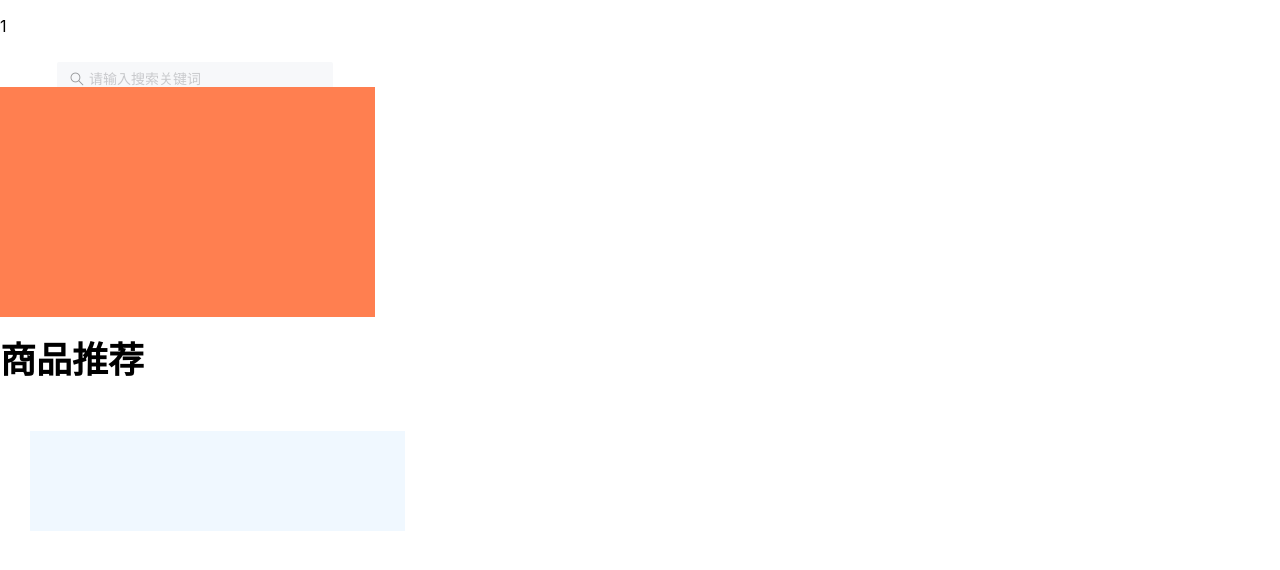
Repository: liyang777777/shangcheng
Page: /
These files come from the project's save history. The page is drawn as it stood at one moment and after the next save; the edit follows.
The browser window is 1280 px wide. The pictures show the whole page.
The page's requests for data from a server got no answer. The project was rebuilt for these pictures with package versions that can differ from the ones it lists, and the page was loaded fresh each time. No one was signed in, and anything a server would have sent is missing. Also part of the build but not shown: vue.config.js. Imported but missing from the stored project, and not drawn on this page: src/views/About.

Above is the page before, as saved 2020-06-24 15:09:47.

### src/main.js
import Vue from 'vue';
import App from './App.vue';
import router from './router';
import store from './store';
import Vant from 'vant';
import 'vant/lib/index.css';
import api from '../src/http/api'
import { Form } from 'vant';
import { Search } from 'vant';
import { Swipe, SwipeItem } from 'vant';
import { Image as VanImage } from 'vant';
import { Card } from 'vant';
import { Icon } from 'vant';
import { PullRefresh } from 'vant';

Vue.config.productionTip = false
Vue.use(Vant);
Vue.prototype.$api = api
Vue.use(Form);
Vue.use(Search);
Vue.use(Swipe);
Vue.use(SwipeItem);
Vue.use(VanImage);
Vue.use(Card);
Vue.use(Icon);
Vue.use(PullRefresh);

new Vue({
  router,
  store,
  render: h => h(App)
}).$mount('#app')

### src/App.vue
<template>
  <div id="app">

    <router-view/>
  </div>
</template>

<style lang="scss">

</style>

### src/router/index.js
import Vue from 'vue'
import VueRouter from 'vue-router'
import Home from '../views/Home.vue'


Vue.use(VueRouter)

  const routes = [
  {
    path: '/',
    name: 'Home',
    component: Home
  },
  {
    path: '/about',
    name: 'About',

    component: () => import('../views/About')
  },
  {
    path: '/details',
    name: 'Details',

    component: () => import('../views/details/Details')
  },
  {
    path: '/login',
    name: 'Login',

    component: () => import('../views/login/Login')
  }
]

const router = new VueRouter({
  mode: 'history',
  base: process.env.BASE_URL,
  routes
})

export default router

### src/store/index.js
import Vue from 'vue'
import Vuex from 'vuex'

Vue.use(Vuex)

export default new Vuex.Store({
  state: {
    slides: [],
    category: [],
    recommend: [],
    floor1: [],
    floor2: [],
    floor3: [],
    floorNameFloor1: [],
    floorNameFloor2: [],
    floorNameFloor3: [],
    hotGoods: []
  },

  mutations: {
    setSlides(state,data) {
      state.slides = data
    },
    setCategory(state,data) {
      state.category = data
    },
    setRecommend(state,data) {
      state.recommend = data
    },
    setFloor1(state,data) {
      state.floor1 = data
    },
    setFloor2(state,data) {
      state.floor2 = data
    },
    setFloor3(state,data) {
      state.floor3 = data
    },
    setFloorNameFloor1(state,data) {
      state.floorNameFloor1 = data
    },
    setFloorNameFloor2(state,data) {
      state.floorNameFloor2 = data
    },
    setFloorNameFloor3(state,data) {
      state.floorNameFloor3 = data
    },
    setHotGoods(state,data) {
      state.hotGoods = data
    },
  },
  actions: {
  },
  modules: {
  }
})

### src/http/api.js
import service from './index'

export default {
    // login(params) {
    //     return service.post('/user/login',params)
    // },
    // 获取首页数据
    getDataHome() {
        return service.get('/recommend')
    },
    // 搜索
    getDataSearch(value) {
        return service.get('/search')
    },
    // 分类查询
    getDataQuery(id) {
        return service.get('/classification?mallSubId=${id}')
    },
    // 查询获取购物车数据
    getDataCart() {
        return service.get('/getCard')
    },
    // 单个商品详情
    getDataSingle() {
        return service.get('/goods/one?id=${id}')
    },
    //  查询用户订单数量
    getDataUser() {
        return service.get('/myOrder/orderNum')
    },
    //  获取登录注册默认验证码
    getDataCode() {
        return service.get('/v1/verify')
    },
    // 查询用户收货地址
    getDataCustomer() {
        return service.get('/getAddress')
    },
    // 查询默认收货地址
    getDataDefault() {
        return service.get('/getDefaultAddress')
    },
    // 查询我的收藏
    getDataCollection() {
        return service.get('/collection/list')
    },
    // 订单查询
    getDataOrquery() {
        return service.get('/getMyOrder')
    },
    // 查询已评价
    getDataEvaluated() {
        return service.get('/alreadyEvaluated')
    },
    // 查询未评价
    getDataNotEvaluated() {
        return service.get('/tobeEvaluated')
    },
    // 购物车加减商品
    getEditCart(count, id, mallPrice) {
        return service.post('/editCart', {
            count,
            id,
            mallPrice
        })
    },
    // 购物车商品删除
    getDeleteShop(id) {
        return service.post('/deleteShop', {
            id
        })
    },
    // 购物车支付页面
    getder(address, tel, orderld, totalPrice, idDirect, count) {
        return service.post('/order', {
            address,
            tel,
            orderld,
            totalPrice,
            idDirect,
            count
        })
    },
    // 收藏单个商品
    getCollection(goods) {
        return service.post('/collection', {
            goods
        })
    },
    // 取消收藏
    getCancelCollection(id) {
        return service.post('/cancelCollection', {
            id
        })
    },
    // 查询商品是否已收藏
    getIsCollection(id) {
        return service.post('/isCollection', {
            id
        })
    },
    // 加入购物车
    getAddShop(id) {
        return service.post('/addShop', {
            id
        })
    },
// 退出登录
    getLoginOut() {
        return service.post('/loginOut')
    },
    // 获取用户信息
    getQueryUser() {
        return service.post('/queryUser')
    },
    // 修改保存用户信息
    getSaveUser() {
        return service.post('/saveUser', {
            year,
            month,
            day,
            id,
            nickname
        })
    },
    // 商品评论
    getGoodsOne() {
        return service.post('/goodsOne/comment', {
            id,
            rate,
            content,
            anonymous,
            _id,
            order_id,
            image
        })
    },
    // 设置默认收货地址
    getSetDefaultAddress() {
        return service.post('/setDefaultAddress',{
            id
        })
    },
    // 增加收货地址
    getName() {
        return service.post('/address', {
            name,
            tel,
            address,
            isDefault,
            province,
            city,
            county,
            addressDetail,
            areaCode,
            id
        })
    },
    // 删除地址
    getDeleteAddress() {
        return service.post('/deleteAddress',{
            id
        })
    },
    // 注册
    getRegister() {
        return service.post('/register',{
            nickname,
            password,
            verify
        })
    },
    // 登录
    getLogin() {
        return service.post('/login',{
            nickname,
            password,
            verify
        })
    },
    // 查询单条评论
    getEluateOne() {
        return service.post('/evaluateOne',{
            id,
            _id
        })
    }
}

### src/views/Home.vue
<template>
  <div class="All">
    <van-pull-refresh v-model="isLoading" @refresh="onRefresh">
  <p>{{ count }}</p>
</van-pull-refresh>
    <div>
      <Nav></Nav>
    </div>
    <div>
      <Roc></Roc>
    </div>
    <div>
      <Mip></Mip>
    </div>
    <div>
      <Prre></Prre>
    </div>
    <div>
      <Snacks></Snacks>
    </div>
    <div>
      <Dap></Dap>
    </div>
    <div>
      <Fruits></Fruits>
    </div>
    <div>
      <Hgo></Hgo>
    </div>
  </div>
</template>

<script>
import axios from "axios";
import Nav from "../components/Nav";
import Roc from "../components/Roc";
import Mip from "../components/Mip";
import Prre from "../components/Prre";
import Snacks from "../components/Snacks";
import Fruits from "../components/Fruits";
import Dap from "../components/Dap";
import Hgo from "../components/Hgo";
import { Toast } from 'vant';

export default {
  name: "",
  props: {},
  components: {
    Nav,
    Roc,
    Mip,
    Prre,
    Snacks,
    Hgo,
    Fruits,
    Dap
  },
  data() {
    return {
      count: 1,
      isLoading: false,
    };
  },
  methods: {
      onRefresh() {
      setTimeout(() => {
        Toast('刷新成功');
        this.isLoading = false;
        this.count++;
      }, 1000);
    },
  },
  mounted() {
    this.$api
      .getDataHome()
      .then(res => {
        this.$store.commit("setSlides", res.data.slides); //轮播图
        this.$store.commit("setCategory", res.data.category); //中间部分
        this.$store.commit("setRecommend", res.data.recommend); //商品推荐
        this.$store.commit("setFloor1", res.data.floor1); //休闲食品
        this.$store.commit("setFloor2", res.data.floor2); //新鲜水果
        this.$store.commit("setFloor3", res.data.floor3); //营养奶品
        this.$store.commit("setFloorNameFloor1", res.data.floorName.floor1);
        this.$store.commit("setFloorNameFloor2", res.data.floorName.floor2);
        this.$store.commit("setFloorNameFloor3", res.data.floorName.floor3);
        this.$store.commit("setHotGoods",res.data.hotGoods)
        console.log(res.data.hotGoods);
      })
      .catch(err => {
        console.log(err);
      });
  },
  watch: {},
  computed: {}
};
</script>

<style scoped lang='scss'>
</style>

### src/http/index.js
import axios from 'axios'
const service = axios.create({
    baseURL: '/api',
    timeout: 10000
})


service.interceptors.response.use( res => {
    return res.data
})


export default service

### src/components/Nav.vue
<template>
  <!-- 顶部 -->
  <div class="content">
    <div class="box2">
      <van-search v-model="value" placeholder="请输入搜索关键词" />
    </div>
  </div>
</template>

<script>
import { Toast } from "vant";
export default {
  name: "",
  props: {},
  components: {},
  data() {
    return {
      value: ""
    };
  },
  methods: {},
  mounted() {},
  watch: {},
  computed: {}
};
</script>

<style scoped lang='scss'>
.box2 {
  width: 300px;
  height: 25px;
  margin-left: 45px;
  font-size: 18px;
}
</style>

### src/components/Roc.vue
<template>
<!-- 轮播图 -->
  <div class="box">
    <van-swipe :autoplay="3000">
      <van-swipe-item v-for="(item, index) in slides" :key="index">
        <img v-lazy="item.image" class="img">
      </van-swipe-item>
    </van-swipe>
  </div>
</template>

<script>
import Vue from "vue";
import { Lazyload } from "vant";
Vue.use(Lazyload);

export default {
  name: "",
  props: {

  },
  components: {},
  data() {
    return {

    };
  },
  methods: {},
  mounted() {},
  watch: {},
  computed: {
    slides() {
      return this.$store.state.slides;
    }
  }
};
</script>

<style scoped lang='scss'>
.img {
    width: 375px;
    height: 200px;
    margin-top: 30px;
}
</style>

### src/components/Mip.vue
<template>
  <!-- 中间部分 -->
  <div>
    <div class="box">
      <div v-for="(item,index) in category" :key="index" class="box1">
        <img :src="item.image" class="img" />
        <div class="name">{{item.mallCategoryName}}</div>
      </div>
      <div>
        <img src="https://images.baixingliangfan.cn/advertesPicture/20180404/20180404085441_850.gif" class="img1">
      </div>
    </div>
  </div>
</template>

<script>
export default {
  name: "",
  props: {},
  components: {},
  data() {
    return {};
  },
  methods: {},
  mounted() {},
  watch: {},
  computed: {
    category() {
      return this.$store.state.category;
    }
  }
};
</script>

<style scoped lang='scss'>
.box {
  width: 375px;
  height: 230px;
  display: flex;
  position: relative;
  background: coral;
  top: 10px;
}
.img {
  width: 50px;
  height: 50px;
  margin-left: 20px;
  margin-top: 20px;
}
.name {
  margin-left: 10px;
}
.img1 {
  width: 300px;
  height: 50px;
  margin-top: 120px;
  margin-left: -300px;
}
</style>

### src/components/Prre.vue
<template>
  <!-- 商品推荐 -->
  <div>
    <div class="box">
      <h1>商品推荐</h1>
    </div>
    <div class="box1">
      <div v-for="(item,index) in recommend" :key="index">
        <div>
          <img :src="item.image" class="img" width="115px" height="115px" />
        </div>
        <div class="box2">{{item.goodsName}}</div>
        <div class="box3">￥{{item.mallPrice}}</div>
        <div class="box4">￥{{item.price}}</div>
        <div class="box5">
          <van-icon name="cart-o" color="#FFA82E" />
          <van-tag plain type="danger">查看详情</van-tag>
        </div>
      </div>
    </div>
  </div>
</template>

<script>
export default {
  name: "",
  props: {},
  components: {},
  data() {
    return {};
  },
  methods: {},
  mounted() {},
  watch: {},
  computed: {
    recommend() {
      return this.$store.state.recommend;
    }
  }
};
</script>

<style scoped lang='scss'>
.box {
  width: 200px;
  height: 100px;
  font-size: 18px;
}
.box1 {
  width: 375px;
  height: 100px;
  display: flex;
  margin-left: 30px;
  background: aliceblue;
}
.box2 {
  font-size: 14px;
}
.box4 {
  margin-top: -20px;
  margin-left: 60px;
  text-decoration: line-through;
}
</style>

### src/components/Snacks.vue
<template>
  <!-- 休闲食品 -->
  <div>
    <div>
      <div class="All" v-for="(item,index) in floor1" :key="index">
        <div>
          <img :src="item.image" class="img" />
        </div>
        <div v-for="(item,index) in floorNameFloor1" :key="index">
          <div>{{item.floorNameFloor1}}</div>
        </div>
      </div>
    </div>
  </div>
</template>

<script>
export default {
  name: "",
  props: {},
  components: {},
  data() {
    return {};
  },
  methods: {},
  mounted() {},
  watch: {},
  computed: {
    floor1() {
      return this.$store.state.floor1;
    },

    floorNameFloor1() {
      return this.$store.state.floorNameFloor1;
    }
  }
};
</script>

<style scoped lang='scss'>
.All {
  width: 100px;
  height: 100px;
  font-size: 18px;
  display: flex;
  margin-top: 120px;
  margin-left: 10px;
  color: rgb(243, 25, 25);
}

.img {
  width: 200px;
  height: 200px;
}
</style>

### src/components/Fruits.vue
<template>
<!-- 新鲜水果 -->
 <div>
 <div class="All" v-for="(item,index) in floor2" :key="index">
        <div>
          <img :src="item.image" class="img" />
        </div>
        <div v-for="(item,index) in floorNameFloor2" :key="index">
          <div>{{item.floorNameFloor2}}</div>
        </div>
      </div>
 </div>
</template>

<script>
 export default {
   name: '',
   props: {
   },
   components: {

   },
   data () {
     return {

     }
   },
   methods: {

   },
   mounted() {

   },
   watch: {

   },
   computed: {
 floor2() {
      return this.$store.state.floor2;
    },
    floorNameFloor2() {
      return this.$store.state.floorNameFloor2;
    },
   }
 }
</script>

<style scoped lang='scss'>
.All {
  width: 100px;
  height: 100px;
  font-size: 18px;
  display: flex;
  margin-top: 150px;
  margin-left: 10px;
  color: rgb(243, 25, 25);
}
.img {
  width: 200px;
  height: 200px;
}
</style>

### src/components/Dap.vue
<template>
<!-- 营养奶品 -->
 <div>
<div class="All" v-for="(item,index) in floor3" :key="index">
        <div>
          <img :src="item.image" class="img" />
        </div>
        <div v-for="(item,index) in floorNameFloor3" :key="index">
          <div>{{item.floorNameFloor3}}</div>
        </div>
      </div>
 </div>
</template>

<script>
 export default {
   name: '',
   props: {
   },
   components: {

   },
   data () {
     return {

     }
   },
   methods: {

   },
   mounted() {

   },
   watch: {

   },
   computed: {
floor3() {
      return this.$store.state.floor3;
    },
     floorNameFloor3() {
      return this.$store.state.floorNameFloor3;
    }
   }
 }
</script>

<style scoped lang='scss'>
.All {
  width: 100px;
  height: 100px;
  font-size: 18px;
  display: flex;
  margin-top: 180px;
  margin-left: 10px;
  color: rgb(243, 25, 25);
}
.img {
  width: 200px;
  height: 200px;
}
</style>

### src/components/Hgo.vue
<template>
  <!-- 热销商品 -->
  <div>
    <div>
      <div v-for="(item,index) in hotGoods" :key="index">
        <div>
          <img :src="item.image" class="img" />
        </div>
        <div>{{item.mallPrice}}</div>
        <div>{{item.name}}</div>
        <div>{{item.price}}</div>
      </div>
    </div>
  </div>
</template>

<script>
export default {
  name: "",
  props: {},
  components: {},
  data() {
    return {};
  },
  methods: {},
  mounted() {},
  watch: {},
  computed: {
    hotGoods() {
      return this.$store.state.hotGoods;
    }
  }
};
</script>

<style scoped lang='scss'>
</style>

Loaded but not shown: public/index.html (common file)

After the next save:
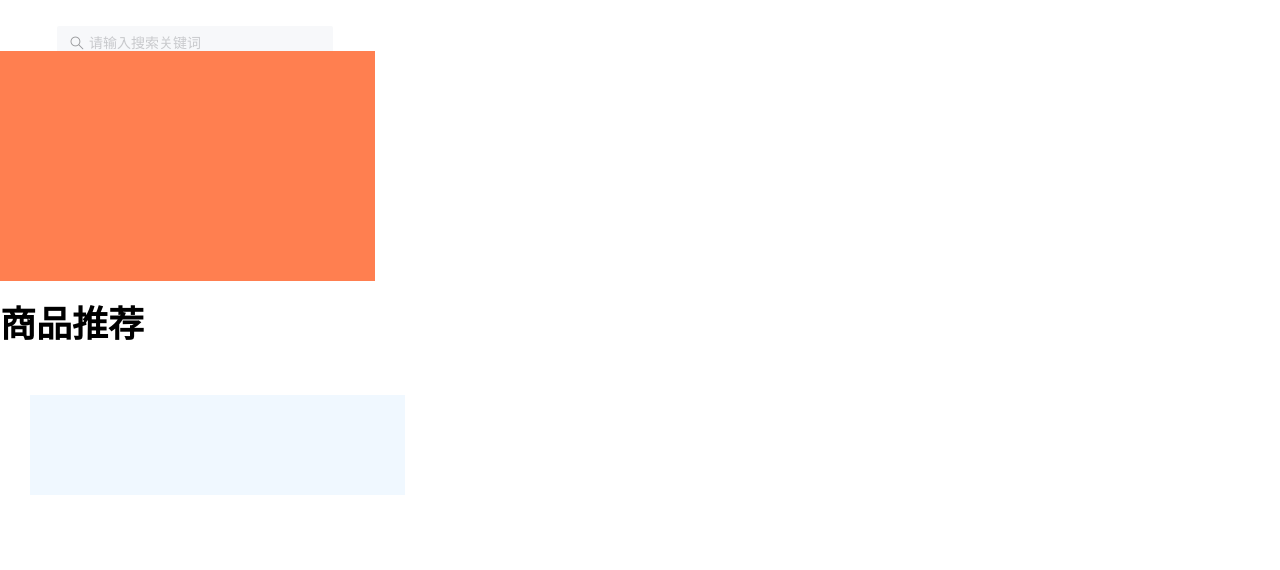
Saved 14 s later.
--- a/src/views/Home.vue
+++ b/src/views/Home.vue
@@ -57,7 +57,7 @@ export default {
   },
   data() {
     return {
-      count: 1,
+      count: '',
       isLoading: false,
     };
   },
